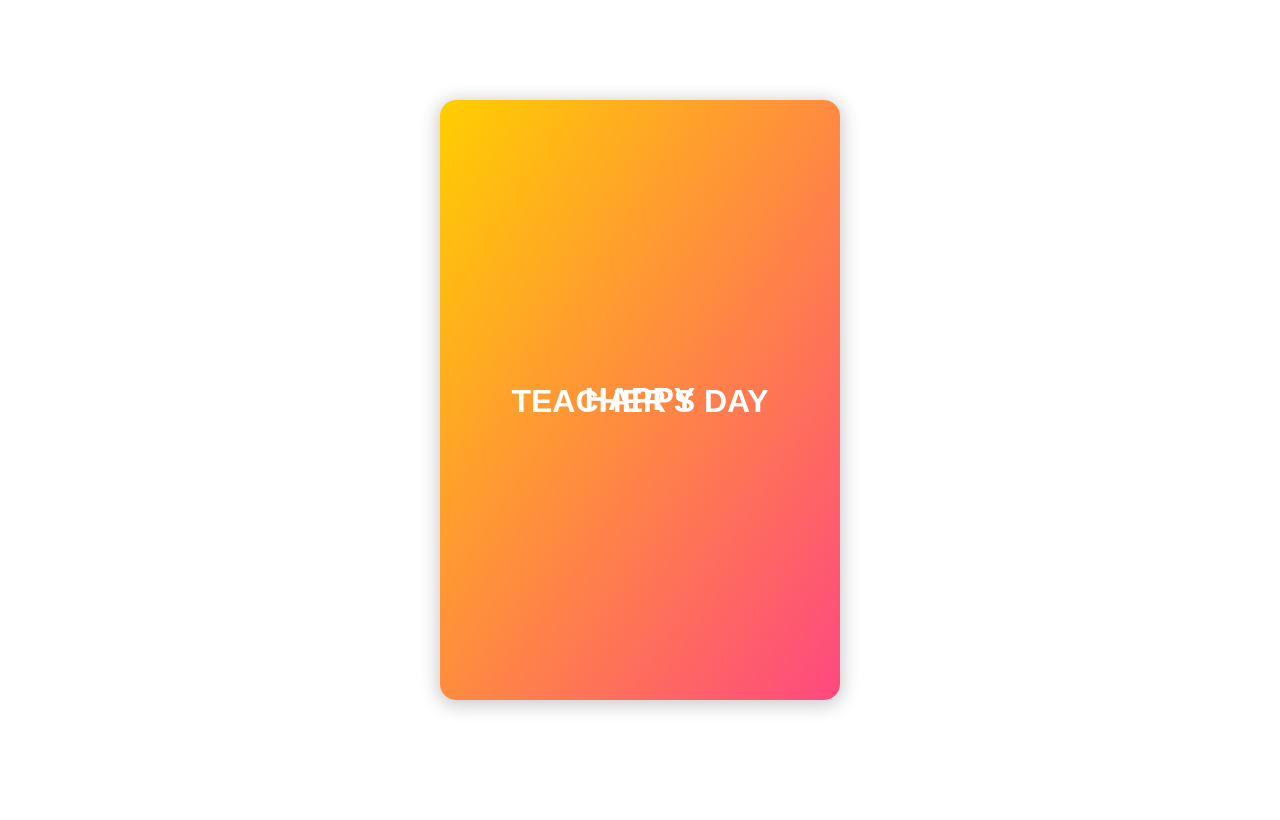
Repository: maixuanhieu/giftcard
Page: index.html
These files come from the project's save history. The page is drawn as it stood at one moment and after a run of saves; the edit follows.
The browser window is 1280 px wide. The pictures show the whole page.
The style sheet was rebuilt from its Sass, Less or Tailwind sources for each picture, by a compiler version that may differ from the author's.

Above is the page before, as saved 2021-11-17 19:31:28.

After the next 3 saves:
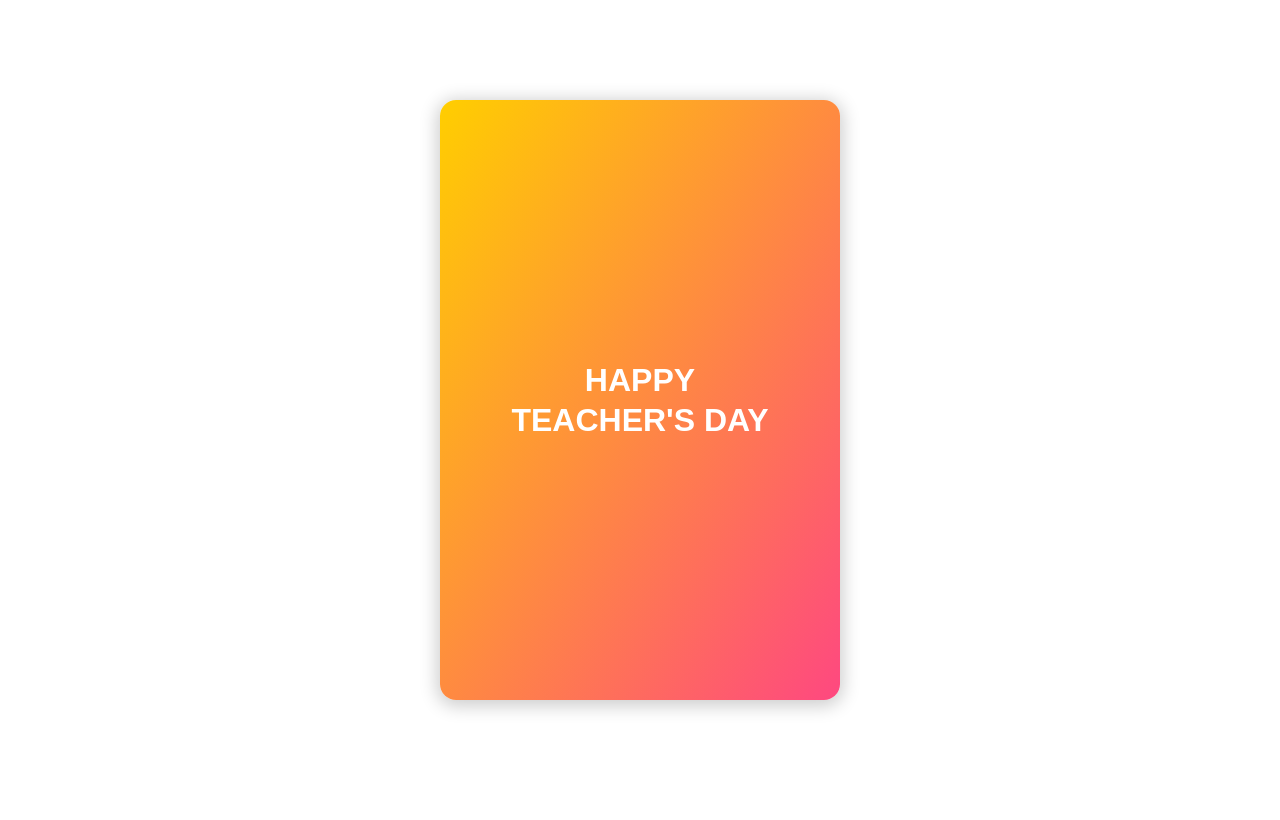
The 3 saves are shown as one change because they came seconds apart.
The last was saved 12 s later.
--- a/index.html
+++ b/index.html
@@ -13,7 +13,7 @@
    <div class="card">
        <div class="card__inner">
            <div class="card__face card__face--front">
-            <h2 style="text-align: center; line-height: 2px;">HAPPY <br> TEACHER'S DAY</h2>
+            <h2 style="text-align: center; line-height: 40px;">HAPPY <br> TEACHER'S DAY</h2>
            </div>
            <div class="card__face card__face--back">
             <div class="card__content">
